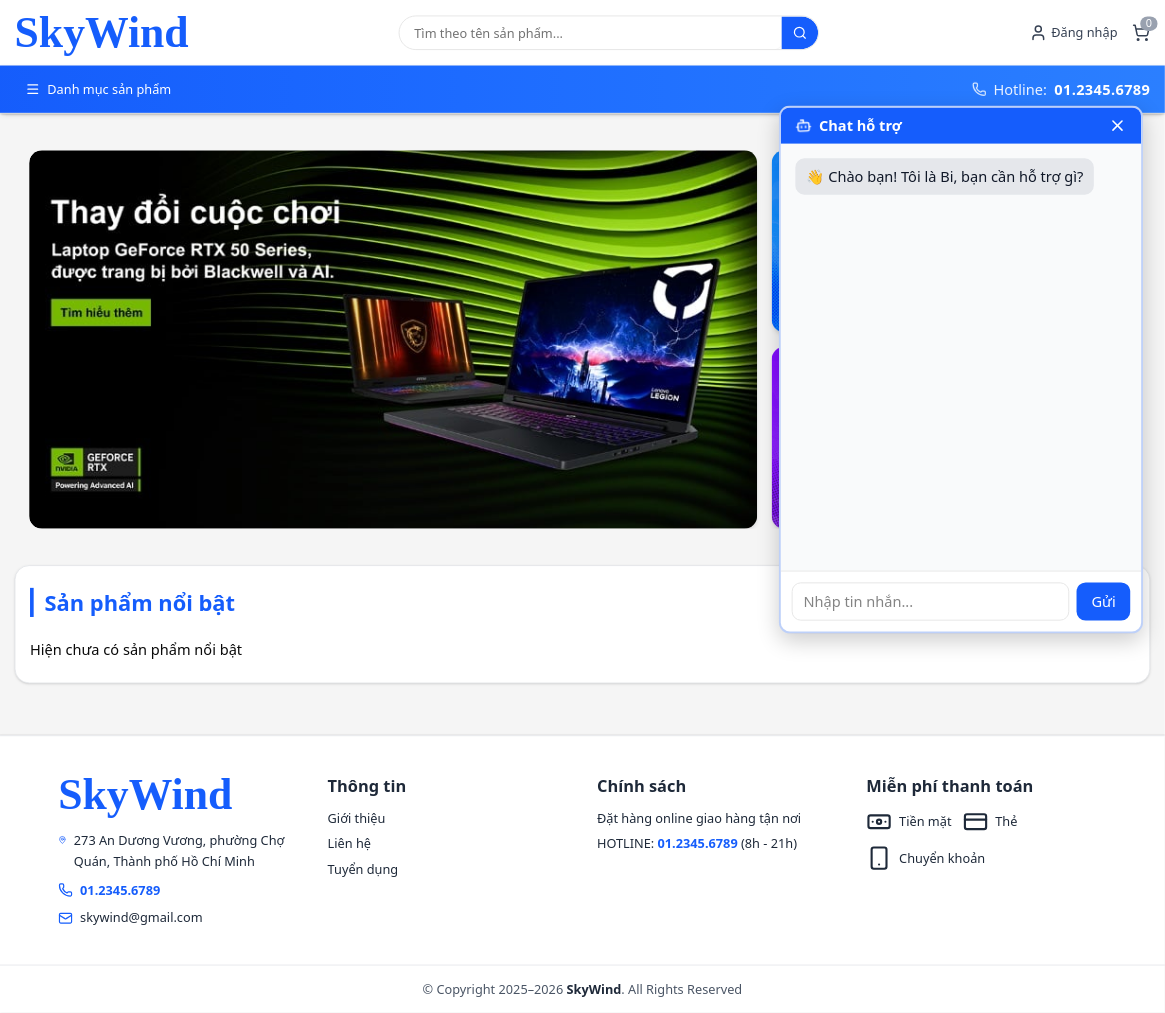
Repository: SkyWindd/project_skywind
Page: / (app in frontend/), after clicking the first element matching `button.p-4`
These files come from the project's save history. The page is drawn as it stood at one moment and after a run of saves; the edit follows.
The browser window is 1280 px wide. The pictures show the whole page, at 91% of full size.
The page's requests for data from a server got no answer. Some web fonts or font styles are not loaded; a fallback is used. The project was rebuilt for these pictures with package versions that can differ from the ones it lists, and the page was loaded fresh each time. No one was signed in, and anything a server would have sent is missing. Also part of the build but not shown: frontend/vite.config.js, frontend/src/components/ui/dropdown-menu.jsx, frontend/src/components/ui/separator.jsx, frontend/src/components/ui/breadcrumb.jsx, frontend/src/components/mainLayout/breadCrumb.jsx, frontend/src/routes/ProtectedRoute.jsx, frontend/src/components/ui/card.jsx, frontend/src/components/Product/productcard.jsx and 58 more.

Above is the page before, as saved 2026-05-16 18:10:17.

After the next 2 saves:
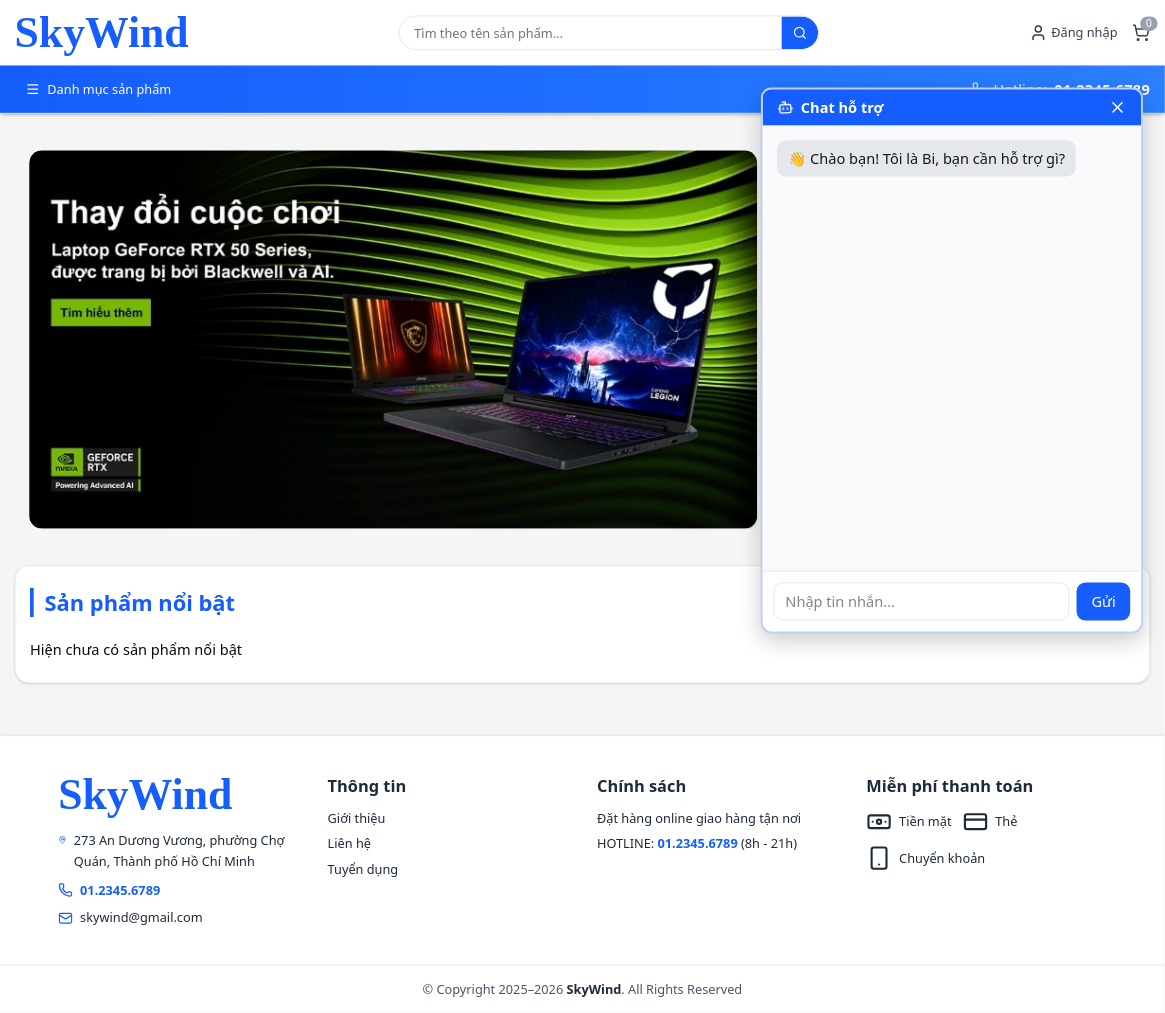
The 2 saves are shown as one change because they came seconds apart.
The last was saved 2 min 32 s later.
--- a/frontend/src/ChatBox.css
+++ b/frontend/src/ChatBox.css
@@ -45,8 +45,8 @@
 
 /* --- Layout Chatbox --- */
 .chatbox-container {
-  width: 400px;
-  height: 580px;
+  width: 420px;
+  height: 600px;
   background: #fff;
   border-radius: 12px;
   overflow: hidden;
